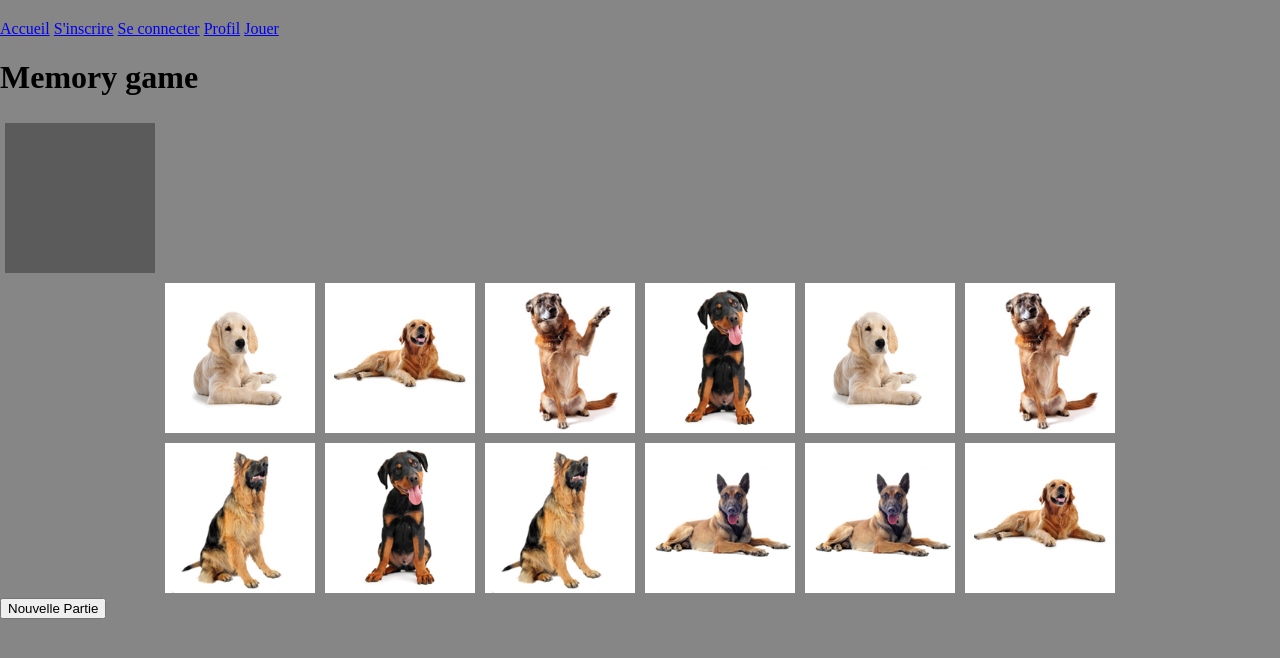
Repository: Ludmilla06/memory-game
Page: game.html
These files come from the project's save history. The page is drawn as it stood at one moment and after the next save; the edit follows.
The browser window is 1280 px wide. The pictures show the whole page.

Above is the page before, as saved 2025-10-22 14:32:39.

### game.html
<!DOCTYPE html>
<html lang="fr">
  <head>
    <meta charset="UTF-8" />
    <meta name="viewport" content="width=device-width, initial-scale=1.0" />
    <title>Document</title>
    <link rel="stylesheet" href="css/game.css" />
  </head>
  <body>
    <nav>
      <div class="Onglet">
        <a href="index.html">Accueil</a>
        <a href="inscription.html">S'inscrire</a>
        <a href="login.html">Se connecter</a>
        <a href="profil.html">Profil</a>
        <a href="play.html">Jouer</a>
      </div>
    </nav>
    <h1>Memory game</h1>
    <div id="game">
      <section class="grid"></section>
      <div class="card">
        <div class="front"></div>
        <div class="back"></div>
      </div>
    </div>
    <button id="reset-btn">Nouvelle Partie</button>
    <script type="module" src="js/game.js"></script>
  </body>
</html>

### css/game.css
*,
*::before,
*::after {
  box-sizing: border-box;
}
body {
  margin: 20px 0;
  background: rgba(68, 67, 67, 0.644);
}

.grid {
  max-width: 960px;
  margin: 0 auto;
  display: flex;
  flex-wrap: wrap;
  justify-content: space-evenly;
}

.card {
  margin: 5px;
  background-color: rgba(68, 67, 67, 0.644);
  background-size: contain;
  background-repeat: no-repeat;
  background-position: center center;
  width: 150px;
  height: 150px;
}

.selected {
  border: 5px solid blue;
  box-shadow: 0 0 10px blue;
}

.match {
  border: 4 px solid green;
  box-shadow: 0 0 10px green;
  background-image: none !important; /*!important est nécessaire pour que les cartes qui correspondent perdent bien leur image de fond */
}

### js/game.js
// Target btn reset
const $resetBtn = document.getElementById("reset-btn");
// Prévoit la detection du click sur le btn
$resetBtn.addEventListener("click", resetGame);

function resetGame() {
  // Logique pour réinitialiser le jeu
  console.log("Jeu réinitialisé");
}

// Écouter les événements de la touche espace pour réinitialiser le jeu
document.addEventListener("keydown", (event) => {
  console.log(event);

  if (event.key === " ") {
    // lancer le jeu
    resetGame();
  } else console.log("raté");
});

// Autoriser uniquement la sélection de deux cartes à la fois
let count = 0; // Compteur pour suivre le nombre de cartes sélectionnées
let firstGuess = ""; // Ajouter des variables pour suivre les premières et deuxièmes sélections
let secondGuess = "";
let previousTarget = null; // Garder une trace de la carte précédemment cliquée
let delay = 1200; // Délai en millisecondes avant de réinitialiser les suppositions

// Tableau des cartes
const cardsArray = [
  { name: "Berger Allemand", img: "assets/BA.webp" },
  { name: "Chien Assis", img: "assets/chienassis.webp" },
  { name: "Chiot", img: "assets/chiot.webp" },
  { name: "Labrador", img: "assets/labrador.webp" },
  { name: "Malinois", img: "assets/malinois.webp" },
  { name: "Rottweiler", img: "assets/rott.webp" },
];

// Récupérez le div avec un identifiant root
const game = document.getElementById("game");

// Créer une section avec une classe de grille
const grid = document.createElement("section");
grid.setAttribute("class", "grid");

// Attacher la grille au jeu
game.appendChild(grid);

// Dupliquer le tableau pour créer une correspondance pour chaque carte
let gameGrid = cardsArray.concat(cardsArray); // concat permet de fusionner deux tableaux

// Randomiser la grille de jeu
gameGrid.sort(() => 0.5 - Math.random());
// La méthode sort() trie les éléments d'un tableau et renvoie le tableau trié. La fonction de comparaison fournie détermine l'ordre de tri.
// Elle génère un nombre aléatoire entre -0.5 et 0.5, ce qui entraîne un ordre aléatoire des éléments du tableau.

// Créer les cartes avec le tableau dupliqué
gameGrid.forEach((item) => {
  const card = document.createElement("div"); // Créer une div pour chaque carte
  card.classList.add("card"); // Appliquer une classe de carte à ce div
  card.dataset.name = item.name; // Définissez l'attribut data-name du div sur le nom cardsArray
  // Appliquer l'image d'arrière-plan du div à l'image cardsArray
  card.style.backgroundImage = `url(${item.img})`; //on va appeler l'image à partir du tableau cardsArray
  grid.appendChild(card); // Ajouter le div à la section de grille
});

// Fonction match
const match = () => {
  const selected = document.querySelectorAll(".selected");
  selected.forEach((card) => {
    card.classList.add("match"); // Ajouter la classe de correspondance
  });
};

// Fonction resetGuesses
const resetGuesses = () => {
  // Réinitialiser pour la prochaine paire
  firstGuess = "";
  secondGuess = "";
  count = 0;
  const selected = document.querySelectorAll(".selected"); // Retirer la classe 'selected' des cartes non matchées
  selected.forEach((card) => {
    card.classList.remove("selected");
  });
};

// Écouter les clics sur la grille
grid.addEventListener("click", function (event) {
  // Définir clicked en premier
  let clicked = event.target;

  // Ne pas autoriser la sélection de la section de grille elle-même ;
  // sélectionner uniquement les divs à l'intérieur de la grille
  if (clicked.nodeName === "SECTION" || clicked === previousTarget) {
    return;
  }

  // Ne pas permettre de cliquer sur une carte déjà matchée et sélectionnée
  if (
    clicked.classList.contains("match") ||
    clicked.classList.contains("selected")
  ) {
    return;
  }

  // Vérifier le compteur et ajouter la classe sélectionnée si moins de 2 cartes sont sélectionnées
  if (count < 2) {
    count++;
    clicked.classList.add("selected"); // Une seule carte peut être sélectionnée à la fois

    // Enregistrer la première ou deuxième supposition
    if (count === 1) {
      firstGuess = clicked.dataset.name;
    } else {
      secondGuess = clicked.dataset.name;
    }
  }

  // Si les deux suppositions sont complètes
  if (firstGuess !== "" && secondGuess !== "") {
    // et la première supposition correspond à la deuxième correspondance...
    if (firstGuess === secondGuess) {
      // exécuter la fonction de correspondance
      setTimeout(match, delay);
      setTimeout(resetGuesses, delay);
    } else {
      // Sinon réinitialiser les suppositions après un court délai
      setTimeout(resetGuesses, delay);
    }
  }
  // Définir la cible précédente sur cliquée
  previousTarget = clicked;
});

After the next save:
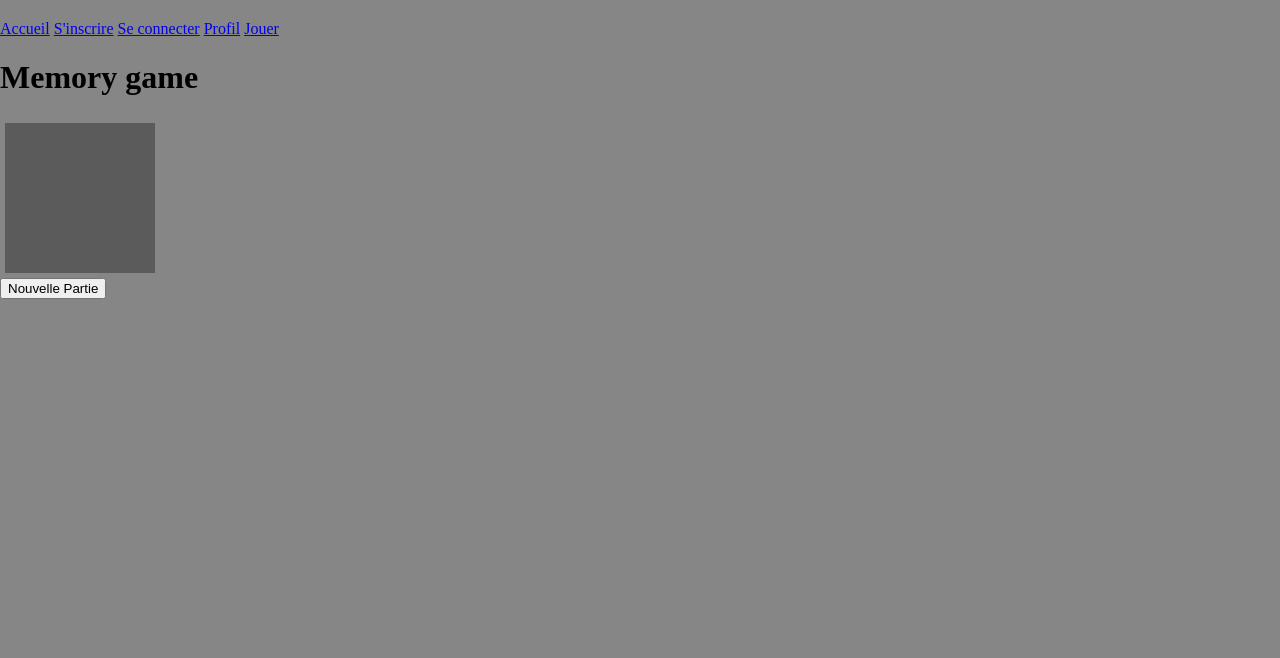
Console error: ReferenceError: question is not defined
Saved 6 min 23 s later.
--- a/js/game.js
+++ b/js/game.js
@@ -58,9 +58,17 @@
   const card = document.createElement("div"); // Créer une div pour chaque carte
   card.classList.add("card"); // Appliquer une classe de carte à ce div
   card.dataset.name = item.name; // Définissez l'attribut data-name du div sur le nom cardsArray
+  // Créer le recto de la carte
+  const front = document.createElement("div")
+  front.classList.add("front")
+
   // Appliquer l'image d'arrière-plan du div à l'image cardsArray
-  card.style.backgroundImage = `url(${item.img})`; //on va appeler l'image à partir du tableau cardsArray
+  const back = document.createElement("div")
+  back.classList.add("back")
+  back.style.backgroundImage = `url(${question.svg})`; //on va appeler l'image à partir du tableau cardsArray
+
   grid.appendChild(card); // Ajouter le div à la section de grille
+
 });
 
 // Fonction match

After the save that followed:
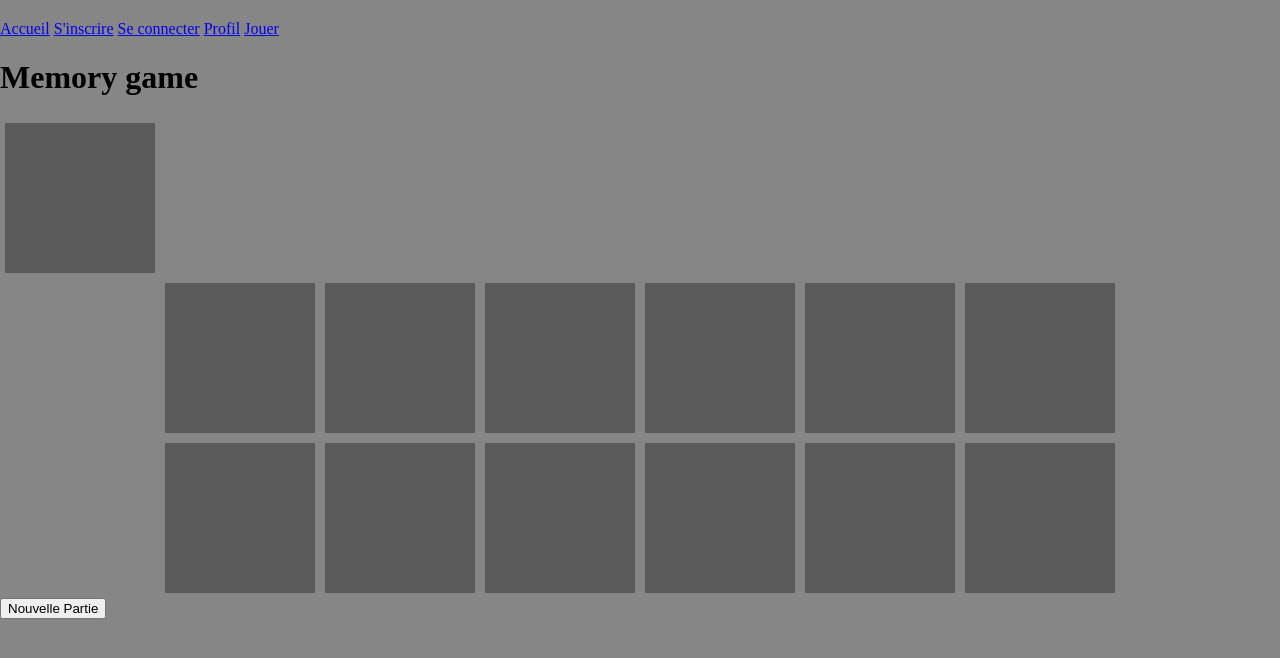
The error is gone.
Saved 9 s later.
--- a/js/game.js
+++ b/js/game.js
@@ -65,7 +65,7 @@
   // Appliquer l'image d'arrière-plan du div à l'image cardsArray
   const back = document.createElement("div")
   back.classList.add("back")
-  back.style.backgroundImage = `url(${question.svg})`; //on va appeler l'image à partir du tableau cardsArray
+  back.style.backgroundImage = `url(${item.img})`; //on va appeler l'image à partir du tableau cardsArray
 
   grid.appendChild(card); // Ajouter le div à la section de grille
 
